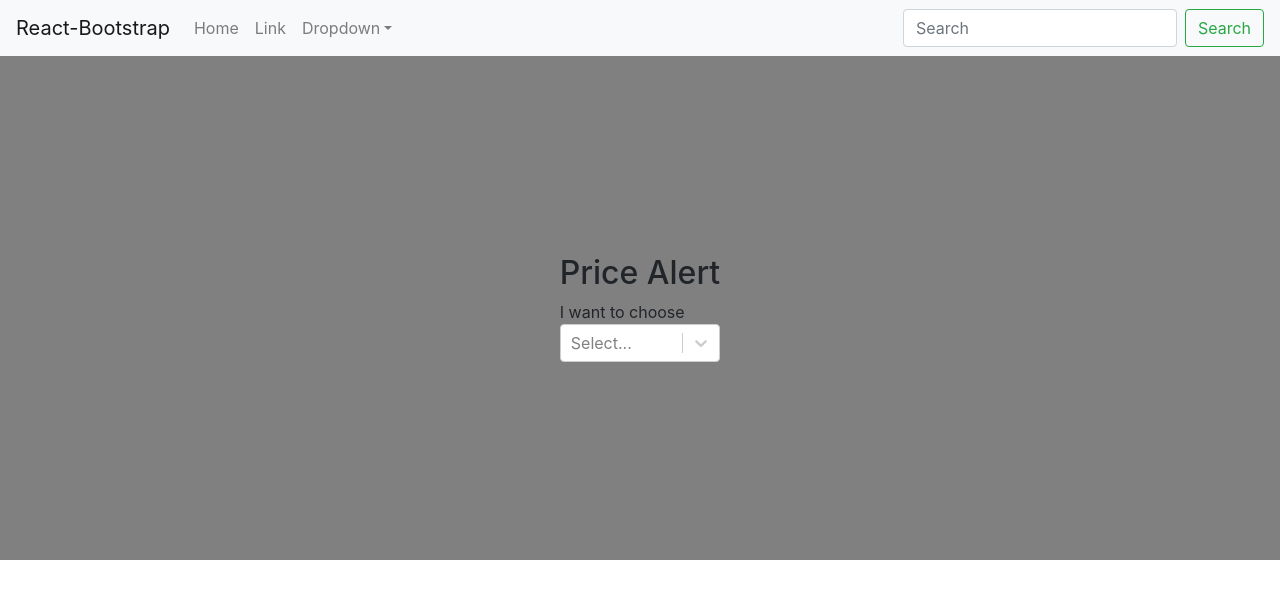
Repository: flychicken123/PriceAlertFront
Page: /
The author's editor kept a copy of each file at every save. The page is drawn from the files as they stood at one save, then again after a run of saves.
The browser window is 1280 px wide. The pictures show the whole page.
The page's requests for data from a server got no answer. The project was rebuilt for these pictures with package versions that can differ from the ones it lists, and the page was loaded fresh each time. No one was signed in, and anything a server would have sent is missing. Also part of the build but not shown: src/App.css.

Above is the page before, as saved 2021-03-07 00:29:06.

### public/index.html
<!DOCTYPE html>
<html lang="en">
  <head>
    <meta charset="utf-8" />
    <link rel="icon" href="%PUBLIC_URL%/favicon.ico" />
    <meta name="viewport" content="width=device-width, initial-scale=1" />
    <meta name="theme-color" content="#000000" />
    <meta
      name="description"
      content="Web site created using create-react-app"
    />
    <link rel="apple-touch-icon" href="%PUBLIC_URL%/logo192.png" />
    <!--
      manifest.json provides metadata used when your web app is installed on a
      user's mobile device or desktop. See https://developers.google.com/web/fundamentals/web-app-manifest/
    -->
    <link rel="manifest" href="%PUBLIC_URL%/manifest.json" />
    <link
  rel="stylesheet"
  href="https://cdn.jsdelivr.net/npm/bootstrap@4.6.0/dist/css/bootstrap.min.css"
  integrity="sha384-B0vP5xmATw1+K9KRQjQERJvTumQW0nPEzvF6L/Z6nronJ3oUOFUFpCjEUQouq2+l"
  crossorigin="anonymous"
/>
<link rel="stylesheet" href="https://fonts.googleapis.com/css?family=Roboto:300,400,500,700&display=swap" />

    <!--
      Notice the use of %PUBLIC_URL% in the tags above.
      It will be replaced with the URL of the `public` folder during the build.
      Only files inside the `public` folder can be referenced from the HTML.

      Unlike "/favicon.ico" or "favicon.ico", "%PUBLIC_URL%/favicon.ico" will
      work correctly both with client-side routing and a non-root public URL.
      Learn how to configure a non-root public URL by running `npm run build`.
    -->
    <title>React App</title>
  </head>
  <body>
    <noscript>You need to enable JavaScript to run this app.</noscript>
    <div id="root"></div>
    <!--
      This HTML file is a template.
      If you open it directly in the browser, you will see an empty page.

      You can add webfonts, meta tags, or analytics to this file.
      The build step will place the bundled scripts into the <body> tag.

      To begin the development, run `npm start` or `yarn start`.
      To create a production bundle, use `npm run build` or `yarn build`.
    -->
  </body>
</html>

### src/App.js
import logo from './logo.svg';
import './App.css';
import { BrowserRouter as Router, Switch, Route } from 'react-router-dom';
import TopNavbar from './components/TopNavbar';
import Home from './components/Home.jsx';
const App = () => {
  return (
    <Router>
      <TopNavbar />
      <Switch>
        <Route path='/' component={Home} />
      </Switch>
    </Router>
  )
}

export default App;

### src/components/TopNavbar.jsx
import React, { Component } from 'react';
import { Button, Navbar, Nav, NavDropdown, Form, FormControl } from "react-bootstrap";
const TopNavbar = () => {
    return (
        <div>
            <Navbar bg="light" expand="lg">
                <Navbar.Brand href="#home">React-Bootstrap</Navbar.Brand>
                <Navbar.Toggle aria-controls="basic-navbar-nav" />
                <Navbar.Collapse id="basic-navbar-nav">
                    <Nav className="mr-auto">
                        <Nav.Link href="#home">Home</Nav.Link>
                        <Nav.Link href="#link">Link</Nav.Link>
                        <NavDropdown title="Dropdown" id="basic-nav-dropdown">
                            <NavDropdown.Item href="#action/3.1">Action</NavDropdown.Item>
                            <NavDropdown.Item href="#action/3.2">Another action</NavDropdown.Item>
                            <NavDropdown.Item href="#action/3.3">Something</NavDropdown.Item>
                            <NavDropdown.Divider />
                            <NavDropdown.Item href="#action/3.4">Separated link</NavDropdown.Item>
                        </NavDropdown>
                    </Nav>
                    <Form inline>
                        <FormControl type="text" placeholder="Search" className="mr-sm-2" />
                        <Button variant="outline-success">Search</Button>
                    </Form>
                </Navbar.Collapse>
            </Navbar>
        </div>
    )
};
export default TopNavbar

### src/components/Home.jsx
import React, { useState, Component, Select, useEffect, useCallback } from 'react';
import AsyncSelect from 'react-select/async';
import { Form } from 'react-bootstrap';

export default function Home(props) {
    const [coinTypes, setCoinTypes] = useState([]);
    const [selectedOption, setSelectedOption] = useState(null);



    const coinOptions = (f) => {
        return [{ title: "- select -", id: "" }, ...coinTypes].map((coinType) => {
            console.log(coinTypes);
            return {

                label: coinType.name,
                value: coinType.id.toString()
            }
        })
    };
    const handleCoinChange = useCallback((coin_id) => {
        setSelectedOption(coin_id);
    }, []);
    const fetchCoinList = () => {
        fetch('https://6043fea2a20ace001728e9b7.mockapi.io/api/v1/coinlist/coinlist')
            .then(res => res.json()
                .then(
                    (result) => {
                        setCoinTypes(result);
                    }
                )
            )
    }
    useEffect(() => {
        fetchCoinList();
    }, []);

    return (
        <div className='mainControl' >
            <container fluid="md">

                <div style={{ display: 'flex', justifyContent: 'center', alignItems: 'center', height: '70vh', backgroundColor: 'grey', width: '100' }}>
                    <Form>
                        <h2>Price Alert</h2>

                        <text>I want to choose</text>
                        <AsyncSelect
                            defaultValue={selectedOption}
                            onChange={handleCoinChange}
                            options={coinOptions} />
                    </Form>

                </div>
            </container>
        </div>
    )
}

Loaded but not shown: src/index.js (common file); src/index.css (common file); src/reportWebVitals.js (common file)

After the next 4 saves:
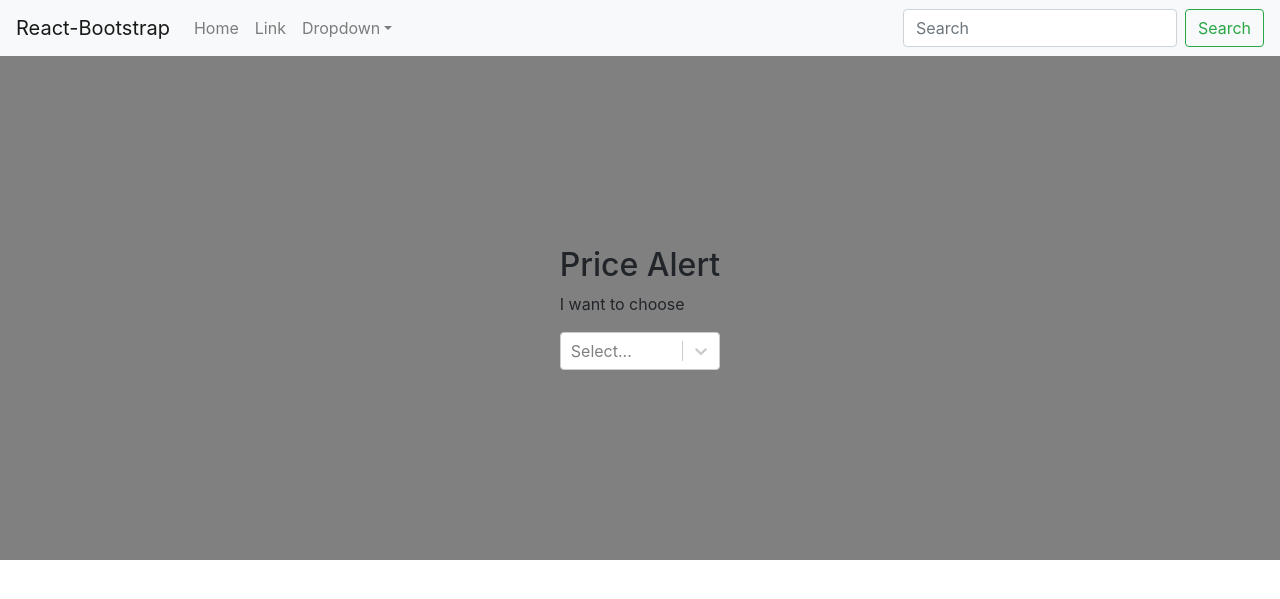
The 4 saves are shown as one change because 3 did not build or start.
The last was saved 4 min 2 s later.
--- a/src/components/Home.jsx
+++ b/src/components/Home.jsx
@@ -43,7 +43,7 @@ export default function Home(props) {
                     <Form>
                         <h2>Price Alert</h2>
 
-                        <text>I want to choose</text>
+                        <p>I want to choose</p>
                         <AsyncSelect
                             defaultValue={selectedOption}
                             onChange={handleCoinChange}
